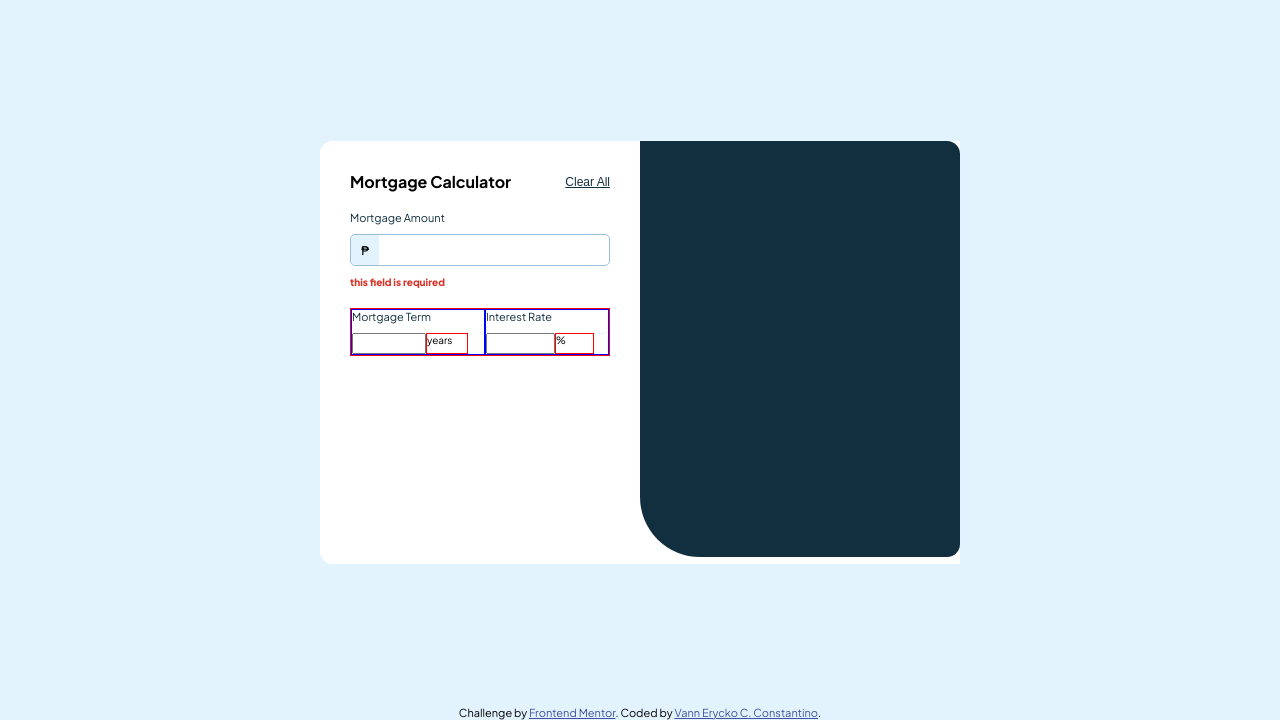
Repository: kocokoy/mortgage-repayment-calculator
Page: index.html
These files come from the project's save history. The page is drawn as it stood at one moment and after the next save; the edit follows.
The browser window is 1280 px wide. The pictures show the whole page.

Above is the page before, as saved 2024-10-29 13:36:14.

After the next save:
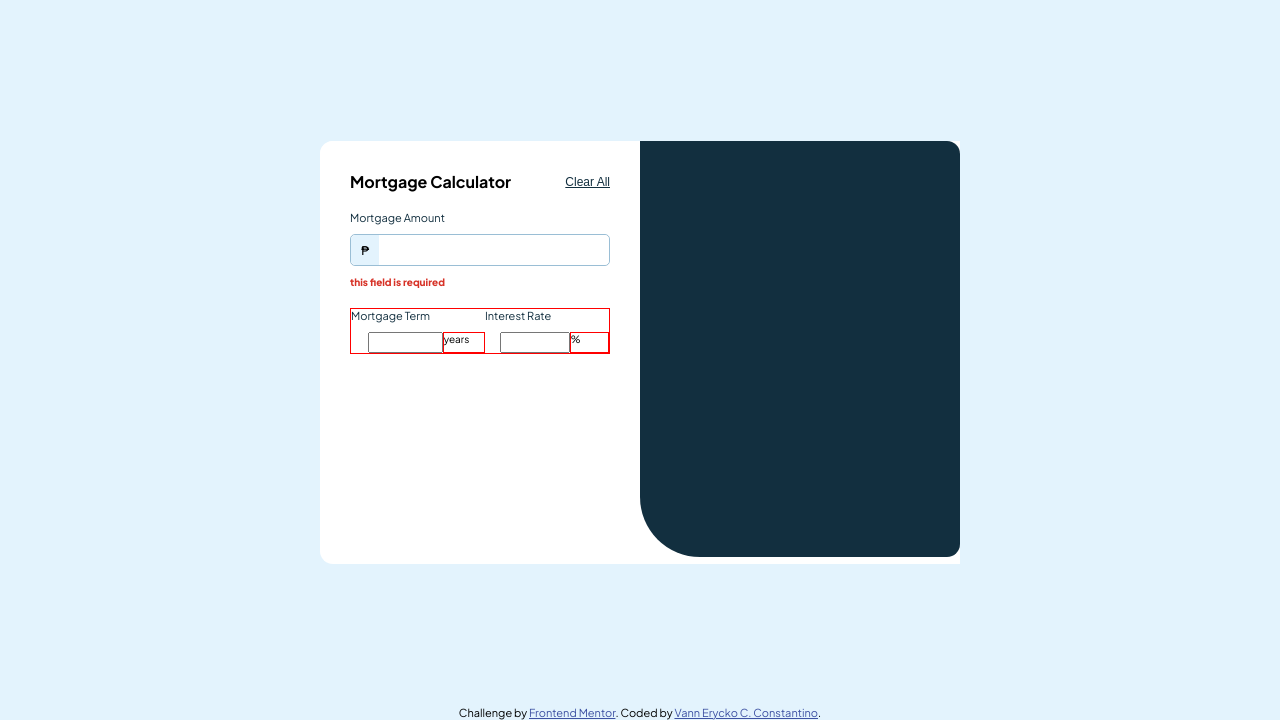
Saved 105 s later.
--- a/styles/style.css
+++ b/styles/style.css
@@ -146,10 +146,6 @@ padding: 30px;
   display: flex;
   flex-direction: row;
 }
-.mortgage-calculator-term-section{
-  border: 1px solid blue;
-  padding: 0;
-}
 .mortgage-calculator-term-section p{
   margin: 0;
   font-size: 11px;
@@ -160,6 +156,7 @@ padding: 30px;
 .mortgage-calculator-term-section-mortgage{
   display: flex;
   flex-direction: row;
+  justify-content: end;
 }
 
 .mortgage-calculator-term-section-mortgage input{
